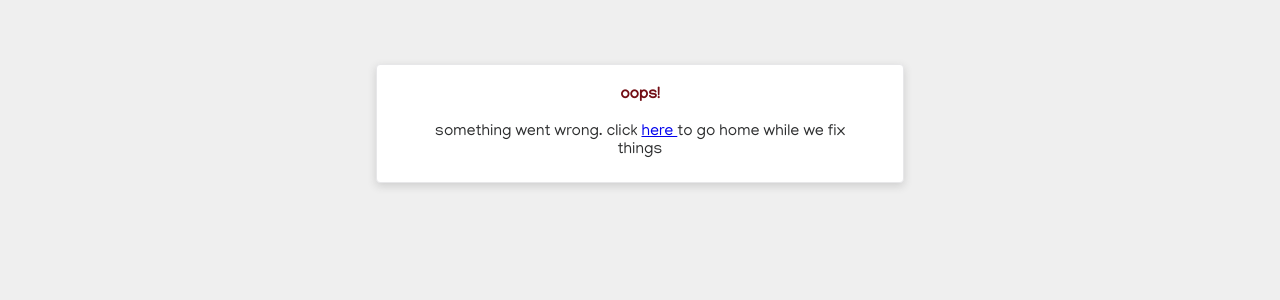
Repository: demesvardestin/demesvar.com
Page: public/500.html
The author's editor kept a record of every edit. The page is drawn from the files as they stood at one moment, then again after the next edit.
The browser window is 1280 px wide. The pictures show the whole page.

Above is the page before.

### public/500.html
<!DOCTYPE html>
<html>
<head>
  <title>500 - server error</title>
  <link href="https://fonts.googleapis.com/css?family=Cookie|Manjari|Pacifico&display=swap" rel="stylesheet">
  <meta name="viewport" content="width=device-width,initial-scale=1">
  <style>
  body {
    background-color: #EFEFEF;
    color: #2E2F30;
    text-align: center;
    font-family: arial, sans-serif;
    margin: 0;
    font-family: 'Manjari', sans-serif;
  }

  div.dialog {
    width: 95%;
    max-width: 33em;
    margin: 4em auto 0;
  }

  div.dialog > div {
    border: 1px solid #CCC;
    border: 1px solid #e7e7e9;
    border-radius: 4px;
    background-color: white;
    padding: 7px 10% 7px;
    box-shadow: 0 3px 8px rgba(50, 50, 50, 0.17);
  }

  h1 {
    font-size: 100%;
    color: #730E15;
    line-height: 1.5em;
  }

  div.dialog > p {
    margin: 0 0 1em;
    padding: 1em;
    background-color: #F7F7F7;
    border: 1px solid #CCC;
    border-right-color: #999;
    border-left-color: #999;
    border-bottom-color: #999;
    border-bottom-left-radius: 4px;
    border-bottom-right-radius: 4px;
    border-top-color: #DADADA;
    color: #666;
    box-shadow: 0 3px 8px rgba(50, 50, 50, 0.17);
  }
  </style>
</head>

<body>
  <!-- This file lives in public/500.html -->
  <div class="dialog">
    <div>
      <h1>oops!</h1>
      <p>
        something went wrong. click
        <a href="/">
          here
        </a> to go home while we fix things
    </div>
  </div>
</body>
</html>

After the next edit:
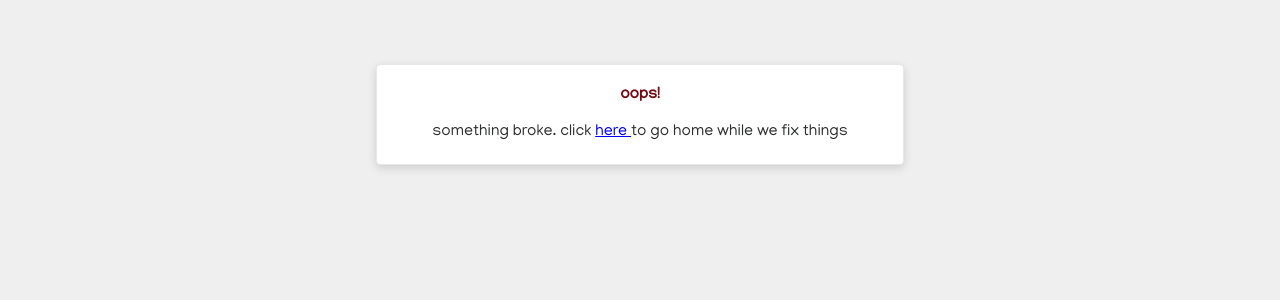
The edit:
--- a/public/500.html
+++ b/public/500.html
@@ -58,7 +58,7 @@
     <div>
       <h1>oops!</h1>
       <p>
-        something went wrong. click
+        something broke. click
         <a href="/">
           here
         </a> to go home while we fix things
